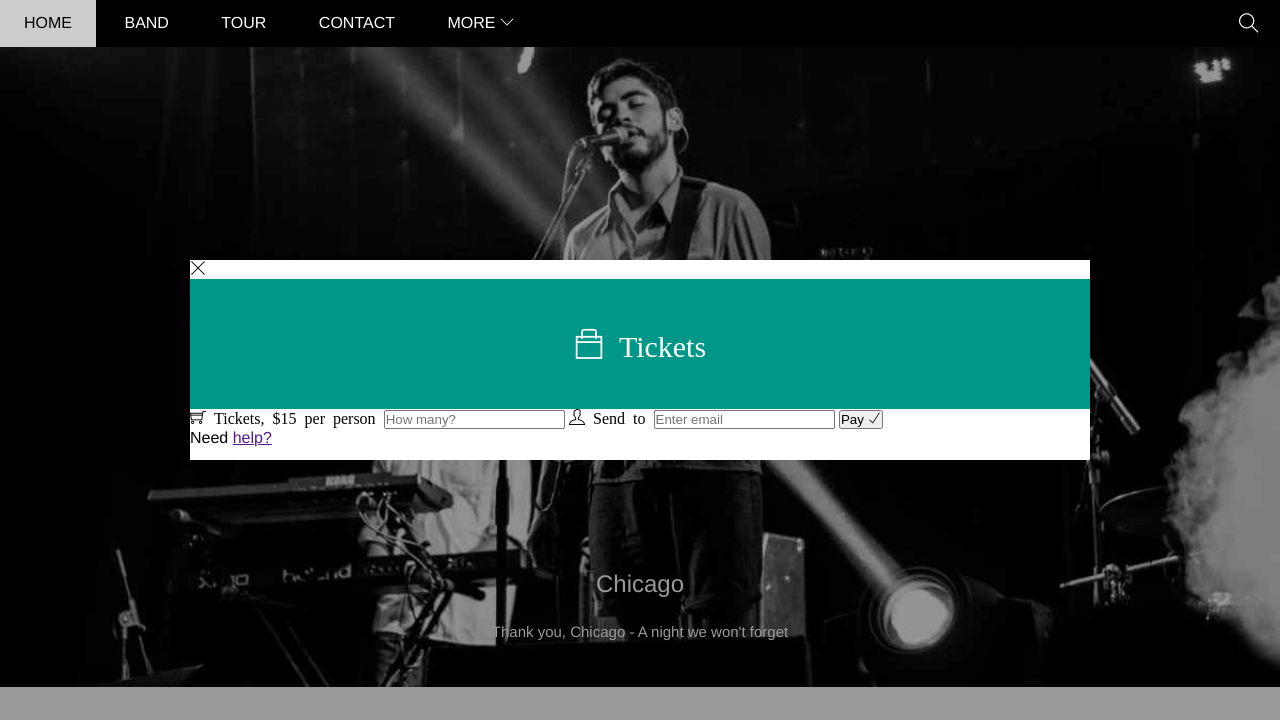
Repository: qhoa25623/The-Band
Page: index.html
An editor plug-in stored every save of this project. The page is shown before and after the next save, followed by the edit.
The browser window is 1280 px wide. The pictures show the window.
A layer covers the whole window, so only the first screen is drawn.

Above is the page before, as saved 2022-04-27 22:43:54.

### index.html
<!DOCTYPE html>
<html lang="en">
  <head>
    <meta charset="UTF-8" />
    <meta http-equiv="X-UA-Compatible" content="IE=edge" />
    <meta name="viewport" content="width=device-width, initial-scale=1.0" />
    <title>Document</title>
    <link rel="stylesheet" href="./assets/css/styles.css" />
    <link
      rel="stylesheet"
      href="./assets/fonts/themify-icons/themify-icons.css"
    />
  </head>
  <body>
    <div id="main">
      <div id="header">
        <ul id="nav">
          <li><a href="">Home</a></li>
          <li><a href="">Band</a></li>
          <li><a href="">Tour</a></li>
          <li><a href="">Contact</a></li>
          <li>
            <a href="">
              More
              <i class="nav-arrow-down ti-angle-down"></i>
            </a>
            <ul class="subnav">
              <li><a href="">Merchandise</a></li>
              <li><a href="">Extras</a></li>
              <li><a href="">Media</a></li>
            </ul>
          </li>
        </ul>
        <div class="search-btn">
          <i class="search-icon ti-search"></i>
        </div>
      </div>
      <div id="slider">
        <div class="text-content">
          <h2 class="text-heading">Chicago</h2>
          <div class="text-description">
            Thank you, Chicago - A night we won't forget
          </div>
        </div>
      </div>
      <div id="content">
        <!-- About section-->
        <div class="content-section">
          <h2 class="section-heading">THE BAND</h2>
          <p class="section-sub-heading">We love music</p>
          <p class="about-text">
            We have created a fictional band website. Lorem ipsum dolor sit
            amet, consectetur adipiscing elit, sed do eiusmod tempor incididunt
            ut labore et dolore magna aliqua. Ut enim ad minim veniam, quis
            nostrud exercitation ullamco laboris nisi ut aliquip ex ea commodo
            consequat. Duis aute irure dolor in reprehenderit in voluptate velit
            esse cillum dolore eu fugiat nulla pariatur. Excepteur sint occaecat
            cupidatat non proident, sunt in culpa qui officia deserunt mollit
            anim id est laborum consectetur adipiscing elit, sed do eiusmod
            tempor incididunt ut labore et dolore magna aliqua. Ut enim ad minim
            veniam, quis nostrud exercitation ullamco laboris nisi ut aliquip ex
            ea commodo consequat.
          </p>
          <div class="member-list">
            <div class="member-item">
              <p class="member-name">Name</p>
              <img
                src="./assets/img/band/member1.jpg"
                alt="Name"
                class="member-img"
              />
            </div>
            <div class="member-item">
              <p class="member-name">Name</p>
              <img
                src="./assets/img/band/member1.jpg"
                alt="Name"
                class="member-img"
              />
            </div>
            <div class="member-item">
              <p class="member-name">Name</p>
              <img
                src="./assets/img/band/member1.jpg"
                alt="Name"
                class="member-img"
              />
            </div>
            <div class="clear"></div>
          </div>
        </div>

        <!-- Tour section-->
        <div class="tour-section">
          <div class="content-section">
            <h2 class="section-heading text-white">TOUR DATES</h2>
            <p class="section-sub-heading text-white">
              Remember to book your tickets!
            </p>
            <ul class="tickets-list">
              <li>September <span class="sold-out">Sold out</span></li>
              <li>October <span class="sold-out">Sold out</span></li>
              <li>November <span class="quantity">3</span></li>
            </ul>
            <!-- Places-->
            <div class="places-list">
              <div class="place-item">
                <img
                  src="./assets/img/places/place1.jpg"
                  alt="New York"
                  class="place-img"
                />
                <div class="place-body">
                  <h3 class="place-heading">New York</h3>
                  <p class="place-time">Fri 27 Nov 2016</p>
                  <p class="place-desc">
                    Praesent tincidunt sed tellus ut rutrum sed vitae justo.
                  </p>
                  <a href="#" class="place-buy-btn">Buy Tickets</a>
                </div>
              </div>

              <div class="place-item">
                <img
                  src="./assets/img/places/place2.jpg"
                  alt="New York"
                  class="place-img"
                />
                <div class="place-body">
                  <h3 class="place-heading">Paris</h3>
                  <p class="place-time">Sat 28 Nov 2016</p>
                  <p class="place-desc">
                    Praesent tincidunt sed tellus ut rutrum sed vitae justo.
                  </p>
                  <a href="#" class="place-buy-btn">Buy Tickets</a>
                </div>
              </div>

              <div class="place-item">
                <img
                  src="./assets/img/places/place3.jpg"
                  alt="New York"
                  class="place-img"
                />
                <div class="place-body">
                  <h3 class="place-heading">San Francisco</h3>
                  <p class="place-time">Sun 29 Nov 2016</p>
                  <p class="place-desc">
                    Praesent tincidunt sed tellus ut rutrum sed vitae justo.
                  </p>
                  <a href="#" class="place-buy-btn">Buy Tickets</a>
                </div>
              </div>
              <div class="clear"></div>
            </div>
          </div>
        </div>

        <!-- Contact section-->
        <div class="content-section">
          <h2 class="section-heading">CONTACT</h2>
          <p class="section-sub-heading">Fan? Drop a note!</p>
        </div>
      </div>
      <div id="footer"></div>
    </div>
    <div class="modal">
      <div class="modal-container">
        <div class="modal-close">
          <i class="ti-close"></i>
        </div>
        <header class="modal-header">
          <i class="modal-heading-icons ti-bag"> Tickets </i>
        </header>
        <div class="modal-body">
          <label for="" class="modal-label">
            <i class="ti-shopping-cart"> Tickets, $15 per person </i>
          </label>
          <input type="text" class="modal-input" placeholder="How many?" />

          <label for="" class="modal-label">
            <i class="ti-user"> Send to </i>
          </label>
          <input type="text" class="modal-input" placeholder="Enter email" />

          <button id="buy-tickets">
            Pay
            <i class="ti-check"></i>
          </button>
        </div>
        <footer class="modal-footer">
          <p class="modal-help">
            Need <a href="">help?</a>
          </p>
        </footer>
      </div>
    </div>
  </body>
</html>

### assets/css/styles.css
/* Reset CSS */
* {
  padding: 0;
  margin: 0;
  box-sizing: border-box;
}
html {
  font-family: Helvetica, Arial, sans-serif;
}
.clear {
  clear: both;
}
.text-white {
  color: #fff !important;
}
#main {
}
#header {
  position: fixed;
  top: 0;
  left: 0;
  right: 0;
  height: 46.5px;
  background-color: #000;
  z-index: 1;
}
#nav {
  display: inline-block;
}
#nav,
.subnav {
  list-style-type: none;
}
#nav > li {
  display: inline-block;
}
#nav li {
  position: relative;
}
#nav > li > a {
  color: #fff;
  text-transform: uppercase;
}
#nav li a {
  text-decoration: none;
  line-height: 46.5px;
  padding: 0 24px;
  display: block;
}
#nav li:hover .subnav {
  display: block;
}
#nav > li:hover > a,
#nav .subnav li:hover a {
  color: #000;
  background-color: #ccc;
}
#nav .subnav {
  min-width: 160px;
  top: 100%;
  left: 0;
  display: none;
  position: absolute;
  background-color: #fff;
  box-shadow: 0 0 10px rgba(0, 0, 0, 0.3);
}
#nav .subnav a {
  color: #000;
  padding: 0 16px;
  line-height: 38.5px;
}
#nav .nav-arrow-down {
  font-size: 14px;
}
#header .search-btn {
  float: right;
  padding: 0 21px;
}
#header .search-btn:hover {
  background-color: #f44336;
}
#header .search-icon {
  color: #fff;
  font-size: 20px;
  line-height: 46.5px;
}
#slider {
  position: relative;
  margin-top: 46.5px;
  padding-top: 50%;
  background: url("/assets/img/slider/slider1.jpg") top center / cover no-repeat;
}
#slider .text-content {
  position: absolute;
  bottom: 47px;
  color: #fff;
  left: 50%;
  transform: translateX(-50%);
  text-align: center;
}
#slider .text-heading {
  font-weight: 500;
  font-size: 24px;
}
#slider .text-description {
  font-size: 15px;
  margin-top: 25px;
}
#content {
}
#content .content-section {
  width: 800px;
  padding: 64px 0;
  margin-left: auto;
  margin-right: auto;
}
#content .section-heading {
  font-weight: 500;
  text-align: center;
  font-size: 30px;
  letter-spacing: 3px;
}
#content .section-sub-heading {
  text-align: center;
  font-size: 15px;
  margin-top: 25px;
  font-style: italic;
  opacity: 0.6;
}
#content .about-text {
  font-size: 15px;
  margin-top: 25px;
  text-align: justify;
  line-height: 1.4;
}
#content .member-list {
  margin-top: 47px;
}
#content .member-item {
  float: left;
  width: calc(100% / 3);
  text-align: center;
}
#content .member-name {
  font-size: 15px;
}
#content .member-img {
  margin-top: 15px;
  width: 154px;
  border-radius: 4px;
}

.tour-section {
  background: #000;
}
.tickets-list {
  background-color: #fff;
  list-style: none;
  margin-top: 40px;
}
.tickets-list li {
  color: rgb(117, 117, 117);
  font-size: 15px;
  padding: 11px 16px;
  border-bottom: 1px solid rgb(221, 221, 221);
}
.tickets-list .sold-out {
  color: #ffffff;
  background-color: #f44336;
  padding: 3px 4px;
  margin: 0 0 0 16px;
}
.tickets-list .quantity {
  float: right;
  width: 24px;
  height: 22.5px;
  background-color: #000;
  border-radius: 50%;
  text-align: center;
  color: #fff;
  line-height: 22.5px;
  margin-top: -3px;
}
.places-list {
  margin-top: 32px;
  margin-left: -8px;
  margin-right: -8px;
  padding-bottom: 48px;
}
.place-item {
  float: left;
  width: calc(100% / 3);
  padding: 0 8px;
}
.place-img {
  width: 100%;
  display: block;
}
.place-img:hover {
  opacity: 0.6;
}
.place-body {
  background-color: #fff;
  padding: 16px 16px;
  font-size: 15px;
}
.place-heading {
  font-size: 15px;
  font-weight: 550;
}
.place-time {
  margin-top: 15px;
  color: #757575;
}
.place-desc {
  margin-top: 15px;
  line-height: 1.4;
}
.place-buy-btn {
  color: #fff;
  background-color: #000;
  text-decoration: none;
  display: inline-block;
  margin-top: 15px;
  padding: 11px 16px;
}

.place-buy-btn:hover {
  color: #000;
  background-color: #ccc;
}
.modal {
  position: fixed;
  top: 0;
  right: 0;
  left: 0;
  bottom: 0;
  background: rgba(0, 0, 0, 0.4);
  display: flex;
  align-items: center;
  justify-content: center;
}
.modal-container {
  background: #fff;
  width: 900px;
  min-height: 200px;
}

.modal-header{
  background:#009688;
  height:130px;
  display:flex;
  align-items: center;
  justify-content: center;
  font-size:30px;
  color:#fff;
}

.modal-heading-icon{
  margin-right:16px;
}

Loaded but not shown: assets/fonts/themify-icons/themify-icons.css (common file)

After the next save:
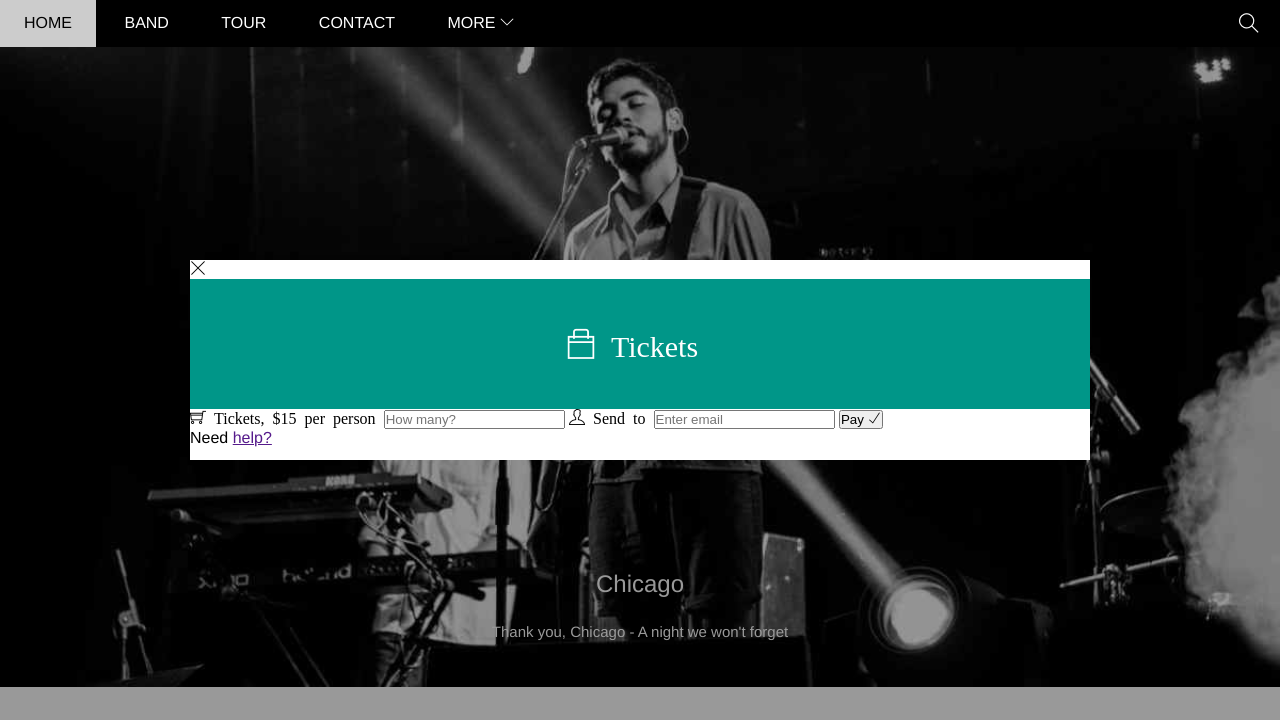
Saved 3 s later.
--- a/index.html
+++ b/index.html
@@ -170,7 +170,7 @@
           <i class="ti-close"></i>
         </div>
         <header class="modal-header">
-          <i class="modal-heading-icons ti-bag"> Tickets </i>
+          <i class="modal-heading-icon ti-bag"> Tickets </i>
         </header>
         <div class="modal-body">
           <label for="" class="modal-label">

After the 3 saves that followed:
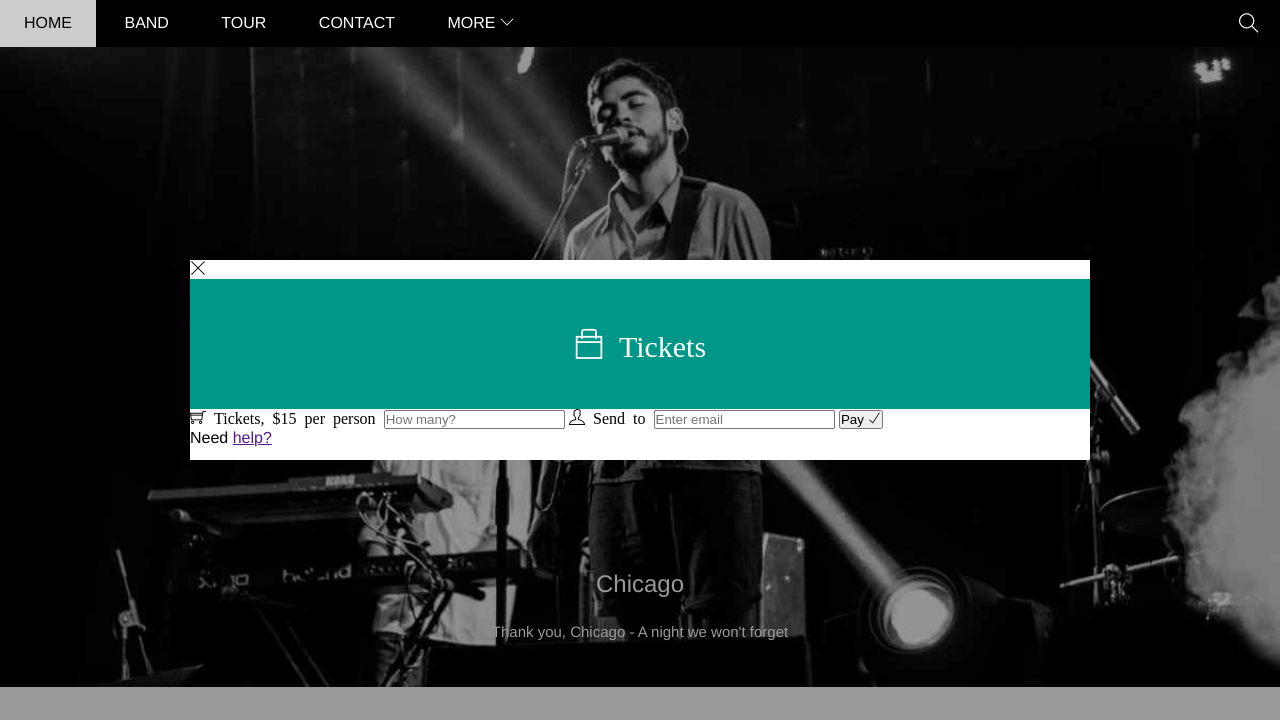
The 3 saves are shown as one change because they came seconds apart.
The last was saved 35 s later.
--- a/assets/css/styles.css
+++ b/assets/css/styles.css
@@ -256,6 +256,6 @@ html {
   color:#fff;
 }
 
-.modal-heading-icon{
+.modal-heading-icon .ti-bà{
   margin-right:16px;
 }
